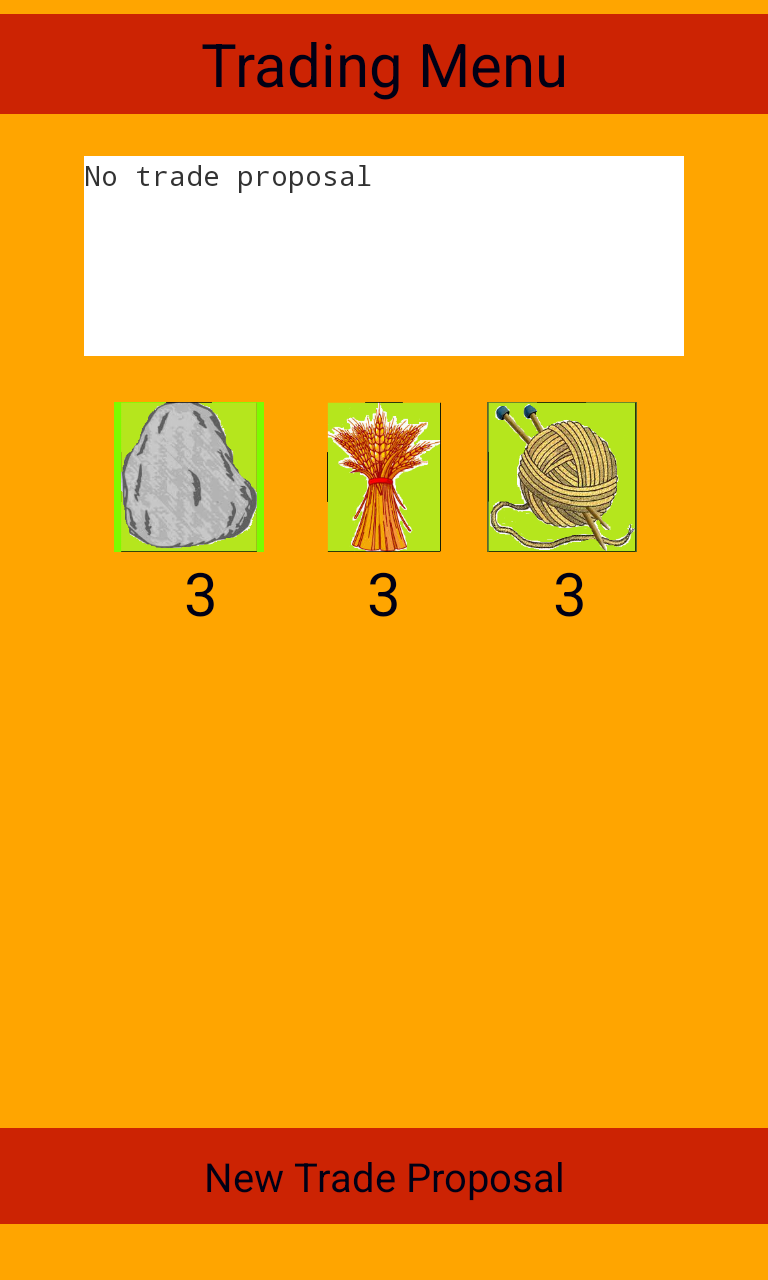
Repository: nidafarooqui/Trading-Game-Version-3
Layout: TaikunClient/res/layout/activity_taikun_game.xml
The author's editor kept a copy of each file at every save. The layout is drawn from the files as they stood at one save, then again after the next save.
It is drawn on a 768 x 1280 px phone screen (xhdpi) without system bars, with theme AppTheme; the app's code is not run.

Above is the layout before, as saved 2014-08-15 17:26:42.

### TaikunClient/res/layout/activity_taikun_game.xml
<RelativeLayout xmlns:android="http://schemas.android.com/apk/res/android"
    xmlns:tools="http://schemas.android.com/tools"
    android:layout_width="match_parent"
    android:layout_height="match_parent"
    android:background="@color/orange"
    tools:context="${relativePackage}.${activityClass}" >

    <TextView
        android:id="@+id/woolGoalState"
        android:layout_width="wrap_content"
        android:layout_height="wrap_content"
        android:layout_alignBaseline="@+id/wheatGoalState"
        android:layout_alignBottom="@+id/wheatGoalState"
        android:layout_alignRight="@+id/woolImage"
        android:layout_below="@+id/woolImage"
        android:layout_marginBottom="10dp"
        android:layout_marginRight="25dp"
        android:text="@string/woolTotal"
        android:textColor="@color/dark"
        android:textSize="30sp" />

    <Button
        android:id="@+id/buttonDeclineTrade"
        style="?android:attr/buttonStyleSmall"
        android:layout_width="match_parent"
        android:layout_height="wrap_content"
        android:layout_alignParentBottom="true"
        android:layout_alignParentRight="true"
        android:layout_marginBottom="28dp"
        android:background="@color/darkorrange"
        android:shadowColor="@color/lightgray"
        android:text="New Trade Proposal"
        android:textColor="@color/dark"
        android:textSize="20sp"
        android:textStyle="normal"
        android:typeface="sans"
        android:visibility="visible" />

    <ImageView
        android:id="@+id/woolImage"
        android:layout_width="75dp"
        android:layout_height="75dp"
        android:layout_above="@+id/rocksGoalState"
        android:layout_marginLeft="14dp"
        android:layout_toRightOf="@+id/wheatImage"
        android:background="@color/darkOliveGreen"
        android:src="@drawable/woolcard" />

    <TextView
        android:id="@+id/textView3"
        android:layout_width="match_parent"
        android:layout_height="50dp"
        android:layout_alignParentTop="true"
        android:layout_centerHorizontal="true"
        android:layout_marginTop="7dp"
        android:background="@color/darkorrange"
        android:gravity="center_horizontal|center_vertical"
        android:text="Trading Menu"
        android:textColor="@color/dark"
        android:textSize="30sp" />

    <ScrollView
        android:id="@+id/scrollView1"
        android:layout_width="300dp"
        android:layout_height="100dp"
        android:layout_below="@+id/textView3"
        android:layout_centerHorizontal="true"
        android:layout_marginTop="21dp"
        android:background="@color/white" >

        <TextView
            android:id="@+id/tradingProposalView"
            android:layout_width="wrap_content"
            android:layout_height="wrap_content"
            android:text="No trade proposal"
            android:typeface="monospace" />
    </ScrollView>

    <ImageView
        android:id="@+id/wheatImage"
        android:layout_width="75dp"
        android:layout_height="75dp"
        android:layout_above="@+id/rocksGoalState"
        android:layout_centerHorizontal="true"
        android:src="@drawable/wheatcard" />

    <ImageView
        android:id="@+id/rockImage"
        android:layout_width="75dp"
        android:layout_height="75dp"
        android:layout_alignLeft="@+id/scrollView1"
        android:layout_below="@+id/scrollView1"
        android:layout_marginLeft="15dp"
        android:layout_marginTop="23dp"
        android:background="@color/lawnGreen"
        android:src="@drawable/rockcard" />

    <TextView
        android:id="@+id/rocksGoalState"
        android:layout_width="wrap_content"
        android:layout_height="wrap_content"
        android:layout_alignRight="@+id/rockImage"
        android:layout_below="@+id/rockImage"
        android:layout_marginRight="23dp"
        android:text="@string/rockTotal"
        android:textColor="@color/dark"
        android:textSize="30sp" />

    <TextView
        android:id="@+id/wheatGoalState"
        android:layout_width="wrap_content"
        android:layout_height="wrap_content"
        android:layout_below="@+id/wheatImage"
        android:layout_centerHorizontal="true"
        android:text="@string/wheatTotal"
        android:textColor="@color/dark"
        android:textSize="30sp" />

</RelativeLayout>

### TaikunClient/res/values/colours.xml
<?xml version="1.0" encoding="utf-8"?>
<resources>

    <color name="white">#FFFFFF</color>
    <color name="black">#000000</color>
    <color name="symptom_color_selected">#003366</color>
    <color name="reaction_color_selected">#003366</color>
    <color name="static_text_color">#003366</color>
    <color name="journal_entry_listitem_text_color">#003366</color>
    <color name="note_text_disabled">#333333</color>
    <color name="sky">#0099CC</color>
    <color name="lightgray">#e7e7e7</color>
      <color name="lightgray02">#bfbfbf</color>
    <color name="dark">#000015</color>
    <color name="lightgreen">#336666</color>
    <color name="orrange">#e33d1b</color>
    <color name="darkorrange">#cc2303</color>


 <color name="ivory">#FFFFF0</color>
 <color name="lightYellow">#FFFFE0</color>
 <color name="snow">#FFFAFA</color>
 <color name="floralWhite">#FFFAF0</color>
 <color name="lemonChiffon">#FFFACD</color>
 <color name="cornsilk">#FFF8DC</color>
 <color name="seashell">#FFF5EE</color>
 <color name="lavenderBlush">#FFF0F5</color>
 <color name="papayaWhip">#FFEFD5</color>
 <color name="blanchedAlmond">#FFEBCD</color>
 <color name="mistyRose">#FFE4E1</color>
 <color name="bisque">#FFE4C4</color>
 <color name="moccasin">#FFE4B5</color>
 <color name="navajoWhite">#FFDEAD</color>
 <color name="peachPuff">#FFDAB9</color>
 <color name="gold">#FFD700</color>
 <color name="pink">#FFC0CB</color>
 <color name="lightPink">#FFB6C1</color>
 <color name="orange">#FFA500</color>
 <color name="lightSalmon">#FFA07A</color>
 <color name="darkOrange">#FF8C00</color>
 <color name="coral">#FF7F50</color>
 <color name="hotPink">#FF69B4</color>
 <color name="tomato">#FF6347</color>
 <color name="orangeRed">#FF4500</color>
 <color name="deepPink">#FF1493</color>
 <color name="fuchsia">#FF00FF</color>
 <color name="magenta">#FF00FF</color>
 <color name="red">#FF0000</color>
 <color name="oldLace">#FDF5E6</color>
 <color name="lightGoldenrodYellow">#FAFAD2</color>
 <color name="linen">#FAF0E6</color>
 <color name="antiqueWhite">#FAEBD7</color>
 <color name="salmon">#FA8072</color>
 <color name="ghostWhite">#F8F8FF</color>
 <color name="mintCream">#F5FFFA</color>
 <color name="whiteSmoke">#F5F5F5</color>
 <color name="beige">#F5F5DC</color>
 <color name="wheat">#F5DEB3</color>
 <color name="sandyBrown">#F4A460</color>
 <color name="azure">#F0FFFF</color>
 <color name="honeydew">#F0FFF0</color>
 <color name="aliceBlue">#F0F8FF</color>
 <color name="khaki">#F0E68C</color>
 <color name="lightCoral">#F08080</color>
 <color name="paleGoldenrod">#EEE8AA</color>
 <color name="violet">#EE82EE</color>
 <color name="darkSalmon">#E9967A</color>
 <color name="lavender">#E6E6FA</color>
 <color name="lightCyan">#E0FFFF</color>
 <color name="burlyWood">#DEB887</color>
 <color name="plum">#DDA0DD</color>
 <color name="gainsboro">#DCDCDC</color>
 <color name="crimson">#DC143C</color>
 <color name="paleVioletRed">#DB7093</color>
 <color name="goldenrod">#DAA520</color>
 <color name="orchid">#DA70D6</color>
 <color name="thistle">#D8BFD8</color>
 <color name="lightGrey">#D3D3D3</color>
 <color name="tan">#D2B48C</color>
 <color name="chocolate">#D2691E</color>
 <color name="peru">#CD853F</color>
 <color name="indianRed">#CD5C5C</color>
 <color name="mediumVioletRed">#C71585</color>
 <color name="silver">#C0C0C0</color>
 <color name="darkKhaki">#BDB76B</color>
 <color name="rosyBrown">#BC8F8F</color>
 <color name="mediumOrchid">#BA55D3</color>
 <color name="darkGoldenrod">#B8860B</color>
 <color name="fireBrick">#B22222</color>
 <color name="powderBlue">#B0E0E6</color>
 <color name="lightSteelBlue">#B0C4DE</color>
 <color name="paleTurquoise">#AFEEEE</color>
 <color name="greenYellow">#ADFF2F</color>
 <color name="lightBlue">#ADD8E6</color>
 <color name="darkGray">#A9A9A9</color>
 <color name="brown">#A52A2A</color>
 <color name="sienna">#A0522D</color>
 <color name="yellowGreen">#9ACD32</color>
 <color name="darkOrchid">#9932CC</color>
 <color name="paleGreen">#98FB98</color>
 <color name="darkViolet">#9400D3</color>
 <color name="mediumPurple">#9370DB</color>
 <color name="lightGreen">#90EE90</color>
 <color name="darkSeaGreen">#8FBC8F</color>
 <color name="saddleBrown">#8B4513</color>
 <color name="darkMagenta">#8B008B</color>
 <color name="darkRed">#8B0000</color>
 <color name="blueViolet">#8A2BE2</color>
 <color name="lightSkyBlue">#87CEFA</color>
 <color name="skyBlue">#87CEEB</color>
 <color name="gray">#808080</color>
 <color name="olive">#808000</color>
 <color name="purple">#800080</color>
 <color name="maroon">#800000</color>
 <color name="aquamarine">#7FFFD4</color>
 <color name="chartreuse">#7FFF00</color>
 <color name="lawnGreen">#7CFC00</color>
 <color name="mediumSlateBlue">#7B68EE</color>
 <color name="lightSlateGray">#778899</color>
 <color name="slateGray">#708090</color>
 <color name="oliveDrab">#6B8E23</color>
 <color name="slateBlue">#6A5ACD</color>
 <color name="dimGray">#696969</color>
 <color name="mediumAquamarine">#66CDAA</color>
 <color name="cornflowerBlue">#6495ED</color>
 <color name="cadetBlue">#5F9EA0</color>
 <color name="darkOliveGreen">#556B2F</color>
 <color name="indigo">#4B0082</color>
 <color name="mediumTurquoise">#48D1CC</color>
 <color name="darkSlateBlue">#483D8B</color>
 <color name="steelBlue">#4682B4</color>
 <color name="royalBlue">#4169E1</color>
 <color name="turquoise">#40E0D0</color>
 <color name="mediumSeaGreen">#3CB371</color>
 <color name="limeGreen">#32CD32</color>
 <color name="darkSlateGray">#2F4F4F</color>
 <color name="seaGreen">#2E8B57</color>
 <color name="forestGreen">#228B22</color>
 <color name="lightSeaGreen">#20B2AA</color>
 <color name="dodgerBlue">#1E90FF</color>
 <color name="midnightBlue">#191970</color>
 <color name="aqua">#00FFFF</color>
 <color name="cyan">#00FFFF</color>
 <color name="springGreen">#00FF7F</color>
 <color name="lime">#00FF00</color>
 <color name="mediumSpringGreen">#00FA9A</color>
 <color name="darkTurquoise">#00CED1</color>
 <color name="deepSkyBlue">#00BFFF</color>
 <color name="darkCyan">#008B8B</color>
 <color name="teal">#008080</color>
 <color name="green">#008000</color>
 <color name="darkGreen">#006400</color>
 <color name="blue">#0000FF</color>
 <color name="mediumBlue">#0000CD</color>
 <color name="darkBlue">#00008B</color>
 <color name="navy">#000080</color>

</resources>

### TaikunClient/res/values/strings.xml
<?xml version="1.0" encoding="utf-8"?>
<resources>

    <string name="app_name">Taikun</string>
    <string name="action_settings">Settings</string>
    <string name="forgetpassword">Forgotten Password!</string>
    <string name="Login">Login</string>
    <string name="password">Password</string>
    <string name="username">Username</string>
    <string name="enterusername">Enter Username</string>
    <string name="repassword">Re Enter Password</string>
    <string name="register">Register</string>
    <string name="cancel">Cancel</string>
    <string name="enterpassword">Enter Password</string>
    <string name="title_activity_home">Home</string>
    <string name="hello_world">Hello world!</string>
    <string name="title_activity_registration">Registration</string>
    <string name="rockTotal">3</string>
    <string name="wheatTotal">3</string>
    <string name="woolTotal">3</string>
    <string name="title_activity_server_socket">ServerSocket</string>
    <string name="title_activity_client">ClientActivity</string>
    <string name="title_activity_taikun_game">Taikun Game Activity</string>
    <string name="title_activity_propose_screen">Propose Screen Activity</string>
    <string name="title_activity_welcome_screen">Welcome Screen</string>

</resources>

Loaded but not shown: TaikunClient/res/values/styles.xml (common file); TaikunClient/res/values-v11/styles.xml (common file); TaikunClient/res/values-v14/styles.xml (common file)

After the next save:
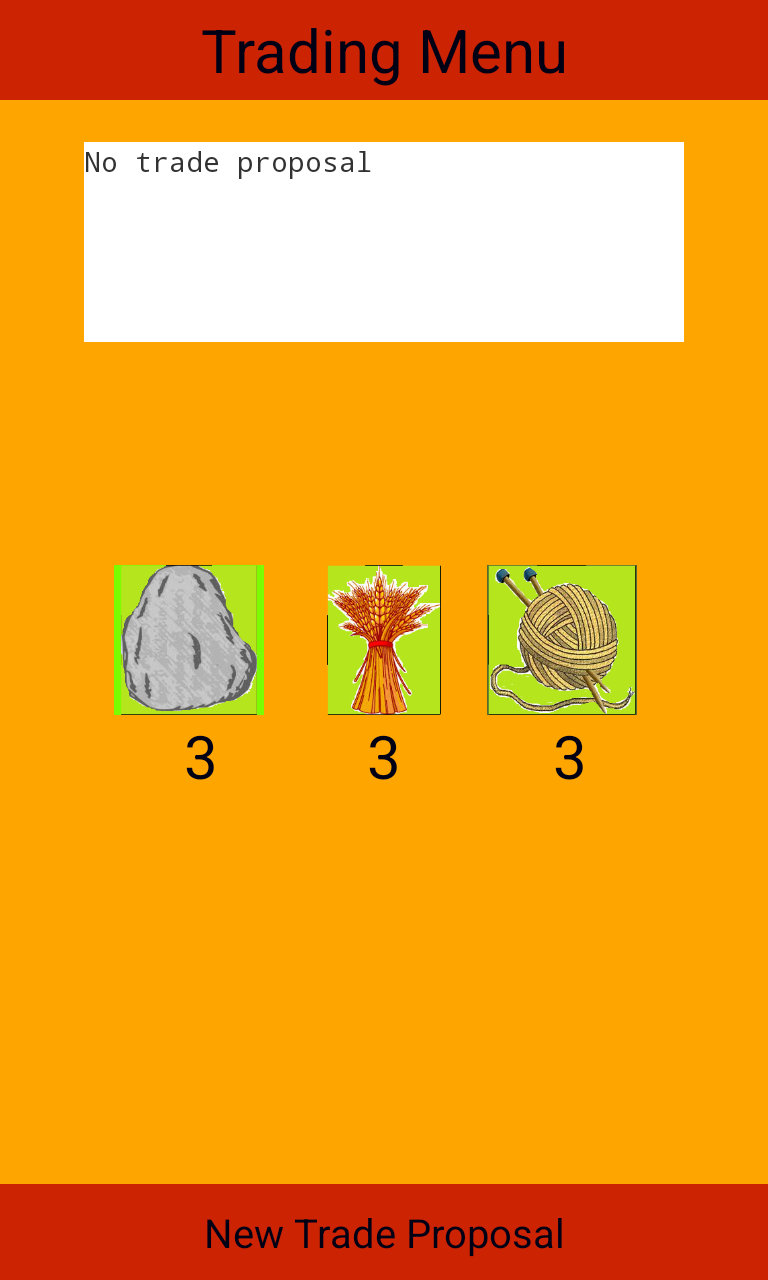
Saved 2 min 31 s later.
--- a/TaikunClient/res/layout/activity_taikun_game.xml
+++ b/TaikunClient/res/layout/activity_taikun_game.xml
@@ -9,32 +9,13 @@
         android:id="@+id/woolGoalState"
         android:layout_width="wrap_content"
         android:layout_height="wrap_content"
-        android:layout_alignBaseline="@+id/wheatGoalState"
         android:layout_alignBottom="@+id/wheatGoalState"
         android:layout_alignRight="@+id/woolImage"
         android:layout_below="@+id/woolImage"
-        android:layout_marginBottom="10dp"
         android:layout_marginRight="25dp"
         android:text="@string/woolTotal"
         android:textColor="@color/dark"
         android:textSize="30sp" />
-
-    <Button
-        android:id="@+id/buttonDeclineTrade"
-        style="?android:attr/buttonStyleSmall"
-        android:layout_width="match_parent"
-        android:layout_height="wrap_content"
-        android:layout_alignParentBottom="true"
-        android:layout_alignParentRight="true"
-        android:layout_marginBottom="28dp"
-        android:background="@color/darkorrange"
-        android:shadowColor="@color/lightgray"
-        android:text="New Trade Proposal"
-        android:textColor="@color/dark"
-        android:textSize="20sp"
-        android:textStyle="normal"
-        android:typeface="sans"
-        android:visibility="visible" />
 
     <ImageView
         android:id="@+id/woolImage"
@@ -45,19 +26,6 @@
         android:layout_toRightOf="@+id/wheatImage"
         android:background="@color/darkOliveGreen"
         android:src="@drawable/woolcard" />
-
-    <TextView
-        android:id="@+id/textView3"
-        android:layout_width="match_parent"
-        android:layout_height="50dp"
-        android:layout_alignParentTop="true"
-        android:layout_centerHorizontal="true"
-        android:layout_marginTop="7dp"
-        android:background="@color/darkorrange"
-        android:gravity="center_horizontal|center_vertical"
-        android:text="Trading Menu"
-        android:textColor="@color/dark"
-        android:textSize="30sp" />
 
     <ScrollView
         android:id="@+id/scrollView1"
@@ -84,17 +52,6 @@
         android:layout_centerHorizontal="true"
         android:src="@drawable/wheatcard" />
 
-    <ImageView
-        android:id="@+id/rockImage"
-        android:layout_width="75dp"
-        android:layout_height="75dp"
-        android:layout_alignLeft="@+id/scrollView1"
-        android:layout_below="@+id/scrollView1"
-        android:layout_marginLeft="15dp"
-        android:layout_marginTop="23dp"
-        android:background="@color/lawnGreen"
-        android:src="@drawable/rockcard" />
-
     <TextView
         android:id="@+id/rocksGoalState"
         android:layout_width="wrap_content"
@@ -116,4 +73,42 @@
         android:textColor="@color/dark"
         android:textSize="30sp" />
 
+    <Button
+        android:id="@+id/buttonDeclineTrade"
+        style="?android:attr/buttonStyleSmall"
+        android:layout_width="match_parent"
+        android:layout_height="wrap_content"
+        android:layout_alignParentBottom="true"
+        android:layout_alignParentLeft="true"
+        android:background="@color/darkorrange"
+        android:shadowColor="@color/lightgray"
+        android:text="New Trade Proposal"
+        android:textColor="@color/dark"
+        android:textSize="20sp"
+        android:textStyle="normal"
+        android:typeface="sans"
+        android:visibility="visible" />
+
+    <TextView
+        android:id="@+id/textView3"
+        android:layout_width="match_parent"
+        android:layout_height="50dp"
+        android:layout_alignParentLeft="true"
+        android:layout_alignParentTop="true"
+        android:background="@color/darkorrange"
+        android:gravity="center_horizontal|center_vertical"
+        android:text="Trading Menu"
+        android:textColor="@color/dark"
+        android:textSize="30sp" />
+
+    <ImageView
+        android:id="@+id/rockImage"
+        android:layout_width="75dp"
+        android:layout_height="75dp"
+        android:layout_alignLeft="@+id/scrollView1"
+        android:layout_centerVertical="true"
+        android:layout_marginLeft="15dp"
+        android:background="@color/lawnGreen"
+        android:src="@drawable/rockcard" />
+
 </RelativeLayout>
